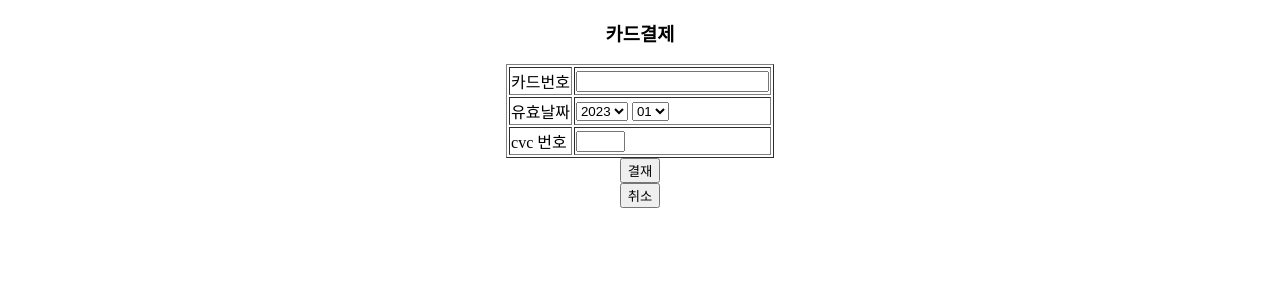
Repository: Juseong-Bang/jspWebProject
Page: http://localhost/FilmBooking/card.jsp
The author's editor kept a copy of each file at every save. The page is drawn from the files as they stood at one save, then again after the next save.
The browser window is 1280 px wide. The pictures show the whole page.
The page is served by Tomcat 9. Other server files are loaded and not shown.

Above is the page before, as saved 2017-12-02 08:44:24.

### FilmBooking/WebContent/card.jsp
<%@ page language="java" contentType="text/html; charset=UTF-8"
	pageEncoding="UTF-8"%>
<!DOCTYPE html PUBLIC "-//W3C//DTD HTML 4.01 Transitional//EN" "http://www.w3.org/TR/html4/loose.dtd">
<html>
<head>
<meta http-equiv="Content-Type" content="text/html; charset=UTF-8">
<title>카드결제</title>
</head>
<body>
	<div align="center">
		<h3>카드결제</h3>
		<table border="1">
			<tr>
				<td>카드번호</td>
				<td><input type="text" size=21 name=card /></td>
			</tr>
			<tr>
				<td>유효날짜</td>
				<td><select name="year">
						<option value="2017" selected>2017</option>
						<option value="2018" selected>2018</option>
						<option value="2019" selected>2019</option>
						<option value="2020" selected>2020</option>
						<option value="2021" selected>2021</option>
						<option value="2022" selected>2022</option>
						<option value="2023" selected>2023</option>
				</select> <select name="month">
						<option value="01">01</option>
						<option value="02">02</option>
						<option value="03">03</option>
						<option value="04">04</option>
						<option value="05">05</option>
						<option value="06">06</option>
						<option value="07">07</option>
						<option value="08">08</option>
						<option value="09">09</option>
						<option value="10">10</option>
						<option value="11">11</option>
						<option value="12">12</option>
				</select></td>
			</tr>
			<tr>
				<td>cvc 번호</td>
				<td><input type="password" size=3 name=cvc /></td>
			</tr>

		</table>
		<form method="post" action="control.jsp">
			<input type="submit" value="결재" /> <input type="hidden"
				name="action" value="resv" /> <input type="hidden" name="oper"
				value="pay" /> <input type="hidden" name="rid"
				value=<%=request.getAttribute("rid")%> />
		</form>
		<input type="submit" value=취소>
	</div>
</body>
</html>

After the next save:
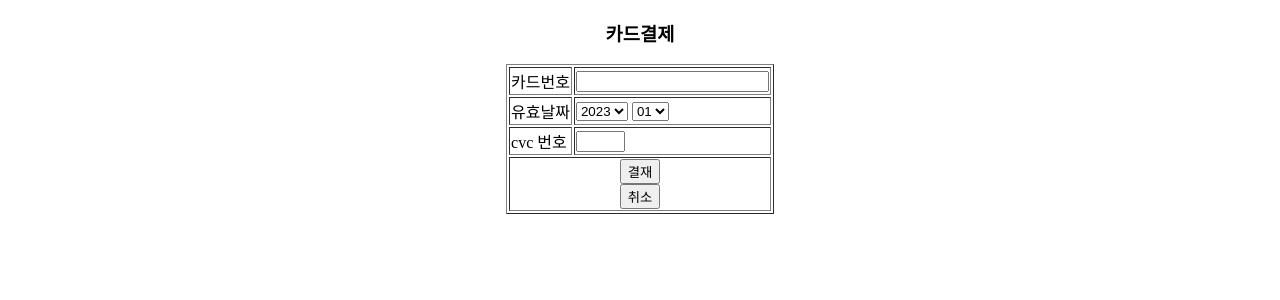
Saved 2 min 31 s later.
--- a/FilmBooking/WebContent/card.jsp
+++ b/FilmBooking/WebContent/card.jsp
@@ -9,7 +9,7 @@
 <body>
 	<div align="center">
 		<h3>카드결제</h3>
-		<table border="1">
+		<table align="center" border="1">
 			<tr>
 				<td>카드번호</td>
 				<td><input type="text" size=21 name=card /></td>
@@ -43,15 +43,18 @@
 				<td>cvc 번호</td>
 				<td><input type="password" size=3 name=cvc /></td>
 			</tr>
+			<tr>
+				<td colspan=2 align="center" width=150>
+					<form method="post" action="control.jsp">
+						<input type="submit" value="결재" /> <input type="hidden"
+							name="action" value="resv" /> <input type="hidden" name="oper"
+							value="pay" /> <input type="hidden" name="rid"
+							value=<%=request.getAttribute("rid")%> />
+					</form> <input type="submit" value=취소>
+				</td>
+			</tr>
+		</table>
+	</div>
 
-		</table>
-		<form method="post" action="control.jsp">
-			<input type="submit" value="결재" /> <input type="hidden"
-				name="action" value="resv" /> <input type="hidden" name="oper"
-				value="pay" /> <input type="hidden" name="rid"
-				value=<%=request.getAttribute("rid")%> />
-		</form>
-		<input type="submit" value=취소>
-	</div>
 </body>
 </html>
